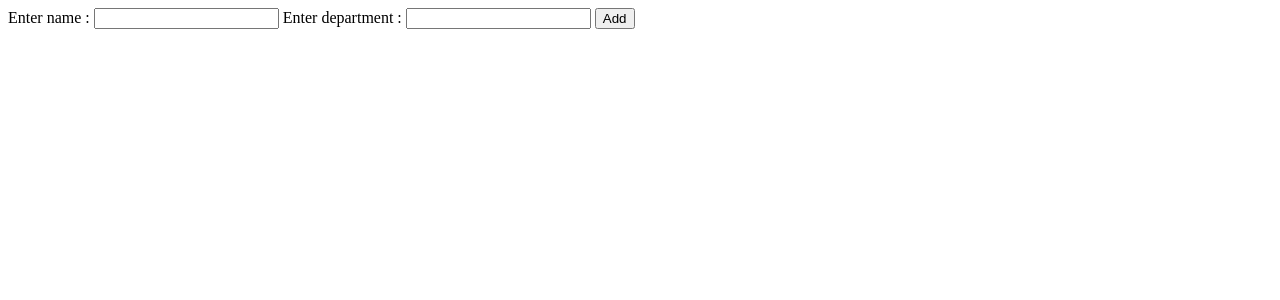
Repository: rajatgits/Wipro-Assignment
Page: http://localhost/EmployeeManagement/addEmployee.jsp
The author's editor kept a copy of each file at every save. The page is drawn from the files as they stood at one save, then again after the next save.
The browser window is 1280 px wide. The pictures show the whole page.
The page is served by Tomcat 10. Other server files are loaded and not shown.

Above is the page before, as saved 2025-02-03 12:38:58.

### EmployeeManagement/src/main/webapp/addEmployee.jsp
<%@ page language="java" contentType="text/html; charset=UTF-8"
    pageEncoding="UTF-8"%>
<!DOCTYPE html>
<html>
<head>
<meta charset="UTF-8">
<title>Add employee</title>
</head>
<body>
	<form action="EmployeeServlet">
	Enter name : <input type="text" name="name">
	Enter department : <input type="text" name="department">
	<input type="submit" value="Add">
	</form>
</body>
</html>

After the next save:
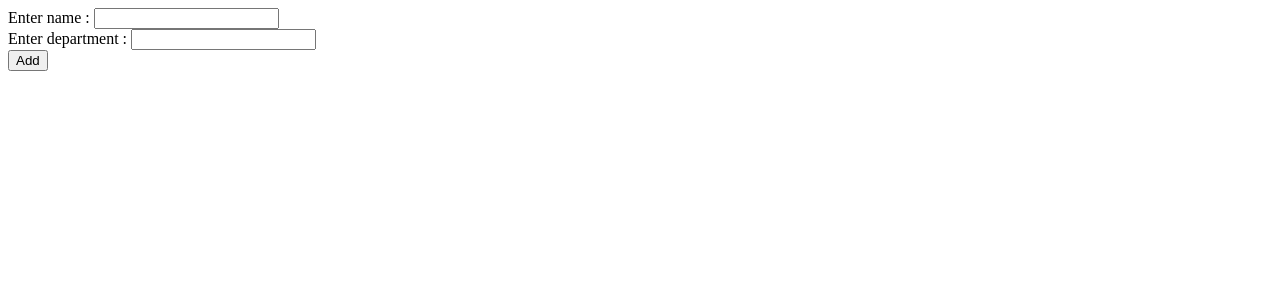
Saved 15 s later.
--- a/EmployeeManagement/src/main/webapp/addEmployee.jsp
+++ b/EmployeeManagement/src/main/webapp/addEmployee.jsp
@@ -8,8 +8,8 @@
 </head>
 <body>
 	<form action="EmployeeServlet">
-	Enter name : <input type="text" name="name">
-	Enter department : <input type="text" name="department">
+	Enter name : <input type="text" name="name"></br>
+	Enter department : <input type="text" name="department"></br>
 	<input type="submit" value="Add">
 	</form>
 </body>
